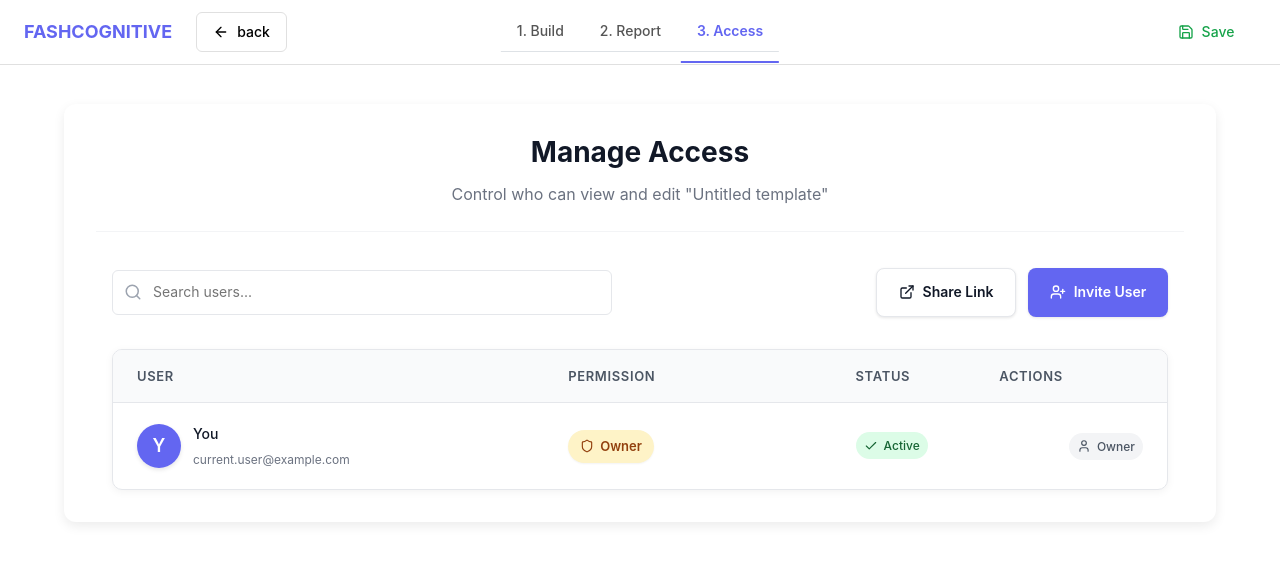
Repository: loganand612/fashcognitive-intern
Page: /ct (app in fash/), after clicking the first element matching `div.nav-tabs > :nth-child(3)`
An editor plug-in stored every save of this project. The page is shown before and after the next save, followed by the edit.
The browser window is 1280 px wide. The pictures show the whole page.
The project was rebuilt for these pictures with package versions that can differ from the ones it lists, and the page was loaded fresh each time. Also part of the build but not shown: fash/src/pages/Login.css, fash/src/pages/Register.css, fash/src/pages/Template.css, fash/src/pages/Home.tsx, fash/src/pages/Login.tsx, fash/src/pages/Register.tsx, fash/src/pages/Home2.tsx, fash/src/pages/Dashboard.tsx and 1 more. Imported but missing from the stored project, and not drawn on this page: fash/src/pages/assets/head1.mp4.

Above is the page before, as saved 2025-04-14 09:12:56.

### fash/src/index.tsx
import React from 'react';
import ReactDOM from 'react-dom/client';

// Import third-party styles first
import 'bootstrap/dist/css/bootstrap.min.css';
import '@fortawesome/fontawesome-free/css/all.min.css';

// Import page-specific styles last
import './pages/Home.css';
import './pages/Home2.css';
import './pages/Login.css';
import './pages/Register.css';
import './pages/Dashboard.css';
import './pages/Template.css';
import './pages/Create_template.css';

import App from './App';
import reportWebVitals from './reportWebVitals';

const root = ReactDOM.createRoot(
  document.getElementById('root') as HTMLElement
);
root.render(
  <React.StrictMode>
    <App />
  </React.StrictMode>
);

// If you want to start measuring performance in your app, pass a function
// to log results (for example: reportWebVitals(console.log))
// or send to an analytics endpoint. Learn more: https://bit.ly/CRA-vitals
reportWebVitals();

### fash/src/pages/Home.css
/* Reset & Base Styles */
* {
  margin: 0;
  padding: 0;
  box-sizing: border-box;
  font-family: -apple-system, BlinkMacSystemFont, 'Segoe UI', Roboto, sans-serif;
}

body {
  font-family: -apple-system, BlinkMacSystemFont, 'Segoe UI', Roboto, sans-serif;
  background-color: #f8f9fe;
  color: #1f2937;
  line-height: 1.5;
}

/* Layout */
.page-wrapper {
  min-height: 100vh;
  display: flex;
  flex-direction: column;
}

.content-wrapper {
  display: flex;
  flex: 1;
  position: relative;
}

/* Navigation */
.navbar {
  background: white;
  height: 64px;
  padding: 0 2rem;
  box-shadow: 0 1px 3px rgba(0,0,0,0.1);
  display: flex;
  align-items: center;
  justify-content: space-between;
  position: fixed;
  top: 0;
  left: 0;
  right: 0;
  z-index: 1000;
}

.logo {
  font-weight: bold;
  font-size: 1.5rem;
  color: #302d2d;
  text-decoration: none;
  transition: all 0.3s ease;
}

.logo:hover {
  color: #2563eb;
}

.nav-links {
  display: flex;
  gap: 1rem;
  align-items: center;
}

/* Buttons */
.btn {
  padding: 0.5rem 1rem;
  border-radius: 0.375rem;
  border: none;
  cursor: pointer;
  font-size: 0.875rem;
  font-weight: 500;
  text-decoration: none;
  transition: all 0.3s ease;
}

.btn-primary {
  background: #3b82f6;
  color: white;
}

.btn-primary:hover {
  background: #c0ceec;
}

.btn-secondary {
  background: #ffffff;
  border: 1px solid #e5e7eb;
  color: #4b5563;
}

.btn-secondary:hover {
  background: #d2d5da;
}

/* Language Selector */
.language-select {
  position: relative;
}

.language-btn {
  display: flex;
  align-items: center;
  gap: 0.5rem;
  padding: 0.5rem 1rem;
  border: 1px solid #e5e7eb;
  border-radius: 1.5rem;
  background: white;
  cursor: pointer;
  transition: all 0.3s ease;
}

.language-btn:hover {
  border-color: #3b82f6;
}

.language-dropdown {
  position: absolute;
  top: calc(100% + 0.5rem);
  right: 0;
  background: white;
  border-radius: 0.5rem;
  box-shadow: 0 4px 6px rgba(0,0,0,0.1);
  padding: 0.5rem 0;
  display: none;
  min-width: 150px;
  z-index: 1000;
}

.language-select:hover .language-dropdown {
  display: block;
}

.language-option {
  padding: 0.5rem 1rem;
  cursor: pointer;
  transition: all 0.3s ease;
}

.language-option:hover {
  background: #f8f9fe;
  color: #3b82f6;
}

/* Notification Badge */
.notification-badge {
  position: relative;
}

.notification-badge::after {
  content: '';
  position: absolute;
  top: -2px;
  right: -2px;
  width: 8px;
  height: 8px;
  background-color: #ef4444;
  border-radius: 50%;
  border: 2px solid white;
}

/* Sidebar */
.sidebar {
  width: 250px;
  background: white;
  height: calc(100vh - 64px);
  position: fixed;
  top: 64px;
  left: 0;
  padding: 1.5rem 1rem;
  border-right: 1px solid #e5e7eb;
  overflow-y: auto;
  z-index: 100;
}

.sidebar-link {
  display: flex;
  align-items: center;
  padding: 0.75rem 1rem;
  color: #4b5563;
  text-decoration: none;
  border-radius: 0.5rem;
  margin-bottom: 0.5rem;
  transition: all 0.3s ease;
}

.sidebar-link:hover {
  background: #f8f9fe;
  color: #3b82f6;
}

.sidebar-link.active {
  background: #3b82f6;
  color: white;
}

/* Main Content */
.main-content {
  margin-left: 250px;
  margin-top: 64px;
  padding: 5rem;
  width: calc(100% - 250px);
  min-height: calc(100vh - 64px);
}

.landing-content {
  display: flex;
  justify-content: space-between;
  align-items: center;
  gap: 4rem;
  max-width: 1200px;
  margin: 0 auto;
}

.content-left {
  flex: 1;
}

.content-left h1 {
  font-size: 2.5rem;
  color: #1f2937;
  margin-bottom: 2rem;
  line-height: 1.2;
}

.feature-list {
  list-style: none;
}

.feature-list li {
  display: flex;
  align-items: center;
  gap: 1rem;
  margin-bottom: 1rem;
  color: #4b5563;
}

.feature-list li::before {
  content: "";
  width: 20px;
  height: 20px;
  background: #3b82f6;
  border-radius: 50%;
  opacity: 0.2;
}

.qr-container {
  background: white;
  padding: 1rem;
  border-radius: 20px;
  box-shadow: 0 10px 15px rgba(0,0,0,0.1);
  transition: all 0.3s ease;
}

.qr-container:hover {
  transform: translateY(-5px);
  box-shadow: 0 4px 6px rgba(0,0,0,0.1);
}

.qr-code {
  width: 100%;
  max-width: 300px;
}

/* Footer */
.footer {
  background: white;
  padding: 5rem 7rem;
  margin-top: auto;
  margin-left: 250px;
}

.footer-content {
  max-width: 1500px;
  margin: 0 auto;
  display: grid;
  grid-template-columns: repeat(4, 1fr);
  gap: 2rem;
}

.footer-section h3 {
  color: #3b82f6;
  margin-bottom: 1rem;
  font-size: 1.1rem;
}

.footer-section ul {
  list-style: none;
}

.footer-section ul li {
  margin-bottom: 0.5rem;
}

.footer-section ul li a {
  color: #4b5563;
  text-decoration: none;
  transition: all 0.3s ease;
}

.footer-section ul li a:hover {
  color: #3b82f6;
}

.footer-bottom {
  max-width: 1200px;
  margin: 2rem auto 0;
  padding-top: 6rem;
  border-top: 1px solid #e5e7eb;
  text-align: center;
}

.store-buttons {
  display: flex;
  justify-content: center;
  gap: 1rem;
  margin-top: 1rem;
}

.store-buttons img {
  height: 40px;
  transition: all 0.3s ease;
}

.store-buttons img:hover {
  transform: translateY(-2px);
}

/* Mobile Menu Button */
.mobile-menu-btn {
  display: none;
  padding: 0.5rem;
  cursor: pointer;
  background: none;
  border: none;
}

/* Responsive Design */
@media (max-width: 1024px) {
  .sidebar {
      width: 200px;
  }

  .main-content {
      margin-left: 200px;
      width: calc(100% - 200px);
  }

  .footer {
      margin-left: 200px;
  }
}

@media (max-width: 768px) {
  .navbar {
      padding: 0 1rem;
  }

  .mobile-menu-btn {
      display: block;
  }

  .nav-links {
      display: none;
  }

  .nav-links.active {
      display: flex;
      flex-direction: column;
      position: absolute;
      top: 64px;
      left: 0;
      right: 0;
      background: white;
      padding: 1rem;
      box-shadow: 0 4px 6px rgba(0,0,0,0.1);
  }

  .sidebar {
      transform: translateX(-100%);
      transition: transform 0.3s ease;
  }

  .sidebar.active {
      transform: translateX(0);
  }

  .main-content,
  .footer {
      margin-left: 0;
      width: 100%;
  }

  .landing-content {
      flex-direction: column;
      text-align: center;
      padding: 1rem;
  }

  .content-left h1 {
      font-size: 2rem;
  }

  .footer-content {
      grid-template-columns: repeat(2, 1fr);
  }
}

@media (max-width: 480px) {
  .footer-content {
      grid-template-columns: 1fr;
  }
}

### fash/src/pages/Dashboard.css
.dashboard-container {
  display: flex;
  flex-direction: column;
  min-height: 100vh;
}

/* Navbar */
.navbar {
  position: fixed;
  top: 0;
  left: 0;
  right: 0;
  height: 64px;
  background: white;
  border-bottom: 1px solid #e5e7eb;
  display: flex;
  align-items: center;
  justify-content: space-between;
  padding: 0 24px;
  z-index: 50;
}

.navbar-brand {
  font-size: 20px;
  font-weight: 600;
}

.navbar-actions {
  display: flex;
  gap: 8px;
}

.nav-button {
  padding: 8px;
  background: none;
  border: none;
  border-radius: 8px;
  color: #6b7280;
  cursor: pointer;
  transition: all 0.2s;
}

.nav-button:hover {
  background-color: #f3f4f6;
  color: #111827;
}

.nav-icon {
  width: 20px;
  height: 20px;
}

/* Sidebar */
.sidebar {
  position: fixed;
  top: 64px;
  left: 0;
  width: 250px;
  height: calc(100vh - 64px);
  background: white;
  border-right: 1px solid #e5e7eb;
  padding: 16px 12px;
  overflow-y: auto;
}

.sidebar-nav {
  display: flex;
  flex-direction: column;
  gap: 2px;
}

.nav-link {
  display: flex;
  align-items: center;
  padding: 8px 12px;
  color: #6b7280;
  text-decoration: none;
  border-radius: 6px;
  transition: all 0.2s;
}

.nav-link:hover {
  background-color: #f3f4f6;
  color: #111827;
}

.nav-link .nav-icon {
  margin-right: 12px;
}

/* Main Content */
.main-content {
  margin-left: 250px;
  margin-top: 64px;
  padding: 32px;
  background-color: #f9fafb;
  min-height: calc(100vh - 64px);
}

/* Header Section */
.header-section {
  display: flex;
  justify-content: space-between;
  align-items: center;
  margin-bottom: 24px;
}

.page-title {
  font-size: 24px;
  font-weight: 600;
  color: #111827;
}

.user-tags {
  display: flex;
  align-items: center;
  gap: 8px;
}

.user-tag {
  display: flex;
  align-items: center;
  justify-content: center;
  min-width: 32px;
  height: 32px;
  padding: 0 12px;
  background-color: #f3f4f6;
  border-radius: 16px;
  font-size: 14px;
  font-weight: 500;
  color: #374151;
}

.user-count {
  display: flex;
  align-items: center;
  justify-content: center;
  height: 32px;
  padding: 0 12px;
  background-color: #f3f4f6;
  border-radius: 16px;
  font-size: 14px;
  font-weight: 500;
  color: #374151;
}

.add-user-button {
  height: 32px;
  padding: 0 16px;
  background-color: #111827;
  color: white;
  border: none;
  border-radius: 16px;
  font-size: 14px;
  font-weight: 500;
  cursor: pointer;
  transition: background-color 0.2s;
}

.add-user-button:hover {
  background-color: #1f2937;
}

/* Summary Cards */
.summary-cards {
  display: grid;
  grid-template-columns: repeat(3, 1fr);
  gap: 24px;
  margin-bottom: 32px;
}

.summary-card {
  background: white;
  border: 1px solid #e5e7eb;
  border-radius: 12px;
  padding: 24px;
  display: flex;
  align-items: center;
  justify-content: space-between;
}

.card-content {
  display: flex;
  align-items: center;
  gap: 16px;
}

.card-icon {
  width: 48px;
  height: 48px;
  background: #f3f4f6;
  border-radius: 8px;
  display: flex;
  align-items: center;
  justify-content: center;
}

.card-icon .icon {
  width: 24px;
  height: 24px;
  color: #374151;
}

.card-info {
  display: flex;
  flex-direction: column;
}

.card-count {
  font-size: 24px;
  font-weight: 600;
  color: #111827;
  line-height: 1.2;
}

.card-label {
  font-size: 14px;
  color: #6b7280;
}

.card-sublabel {
  font-size: 12px;
  color: #9ca3af;
  margin-top: 2px;
}

.card-arrow {
  width: 20px;
  height: 20px;
  color: #9ca3af;
}

/* Recent Activity */
.recent-activity {
  background: white;
  border: 1px solid #e5e7eb;
  border-radius: 12px;
  overflow: hidden;
}

.section-title {
  font-size: 18px;
  font-weight: 600;
  color: #111827;
  padding: 20px 24px;
  border-bottom: 1px solid #e5e7eb;
}

.activity-list {
  display: flex;
  flex-direction: column;
}

.activity-item {
  display: flex;
  align-items: center;
  justify-content: space-between;
  padding: 16px 24px;
  border-bottom: 1px solid #e5e7eb;
}

.activity-item:last-child {
  border-bottom: none;
}

.activity-info {
  display: flex;
  flex-direction: column;
  gap: 4px;
}

.activity-title {
  font-size: 14px;
  font-weight: 500;
  color: #111827;
}

.activity-meta {
  display: flex;
  gap: 16px;
}

.meta-type,
.meta-date {
  font-size: 14px;
  color: #6b7280;
}

.status-badge {
  padding: 4px 12px;
  border-radius: 16px;
  font-size: 14px;
  font-weight: 500;
}

.status-badge.completed {
  background-color: #f3f4f6;
  color: #111827;
}

.status-badge.in-progress {
  background-color: #f3f4f6;
  color: #6b7280;
}

/* Responsive */
@media (max-width: 1024px) {
  .summary-cards {
    grid-template-columns: repeat(2, 1fr);
  }
}

@media (max-width: 768px) {
  .summary-cards {
    grid-template-columns: 1fr;
  }

  .sidebar {
    width: 64px;
  }

  .nav-link span {
    display: none;
  }

  .main-content {
    margin-left: 64px;
  }
}

### fash/src/App.tsx
import { BrowserRouter as Router, Route, Routes } from 'react-router-dom';
import Home from './pages/Home';
import Login from './pages/Login';
import Register from './pages/Register';
import Home2 from './pages/Home2';
import Create_template from './pages/Create_template';
import Dashboard from './pages/Dashboard';
import Template from './pages/Template_page';

function App() {
    return (
        <div className="app-container">
            <Router>
                <div className="page-container">
                    <div className="content-container">
                        <Routes>
                            <Route path="/" element={<Home2 />} />
                            <Route path="/login" element={<Login />} />
                            <Route path="/register" element={<Register />} />
                            <Route path="/homee" element={<Home />} />
                            <Route path="/ct" element={<Create_template />} />
                            <Route path="/dashboard" element={<Dashboard />} />
                            <Route path="template" element={<Template />} />
                        </Routes>
                    </div>
                </div>
            </Router>
        </div>
    );
}

export default App;

### fash/src/reportWebVitals.ts
import { onCLS, onFID, onFCP, onLCP, onTTFB } from 'web-vitals';

const reportWebVitals = (onPerfEntry?: (metric: any) => void) => {
  if (onPerfEntry && onPerfEntry instanceof Function) {
    onCLS(onPerfEntry);
    onFID(onPerfEntry);
    onFCP(onPerfEntry);
    onLCP(onPerfEntry);
    onTTFB(onPerfEntry);
  }
};

export default reportWebVitals;

### fash/src/components/AccessManager.css
.access-manager {
  width: 90%;
  max-width: 1400px;
  margin: 0 auto;
  padding: 32px;
  background-color: #fff;
  border-radius: 12px;
  box-shadow: 0 4px 12px rgba(0, 0, 0, 0.08);
}

.access-header {
  margin-bottom: 36px;
  text-align: center;
  padding-bottom: 24px;
  border-bottom: 1px solid #f3f4f6;
}

.access-header h2 {
  font-size: 28px;
  font-weight: 700;
  color: #111827;
  margin-bottom: 12px;
}

.access-header p {
  font-size: 16px;
  color: #6b7280;
  max-width: 600px;
  margin: 0 auto;
}

.access-actions {
  display: flex;
  justify-content: space-between;
  align-items: center;
  margin-bottom: 32px;
  padding: 0 16px;
}

.search-container {
  position: relative;
  flex: 1;
  max-width: 500px;
}

.search-icon {
  position: absolute;
  left: 12px;
  top: 50%;
  transform: translateY(-50%);
  color: #9ca3af;
}

.search-input {
  width: 100%;
  padding: 10px 12px 10px 40px;
  border: 1px solid #e5e7eb;
  border-radius: 6px;
  font-size: 14px;
  outline: none;
  transition: border-color 0.2s;
}

.search-input:focus {
  border-color: #6366f1;
  box-shadow: 0 0 0 2px rgba(99, 102, 241, 0.1);
}

.action-buttons {
  display: flex;
  gap: 12px;
}

.invite-button, .share-link-button {
  display: flex;
  align-items: center;
  gap: 8px;
  padding: 12px 20px;
  border-radius: 8px;
  font-size: 14px;
  font-weight: 600;
  cursor: pointer;
  transition: all 0.2s;
  box-shadow: 0 1px 3px rgba(0, 0, 0, 0.1);
}

.invite-button {
  background-color: #6366f1;
  color: white;
  border: none;
  min-width: 140px;
  justify-content: center;
}

.invite-button:hover {
  background-color: #4f46e5;
  transform: translateY(-1px);
  box-shadow: 0 4px 6px rgba(0, 0, 0, 0.1);
}

.share-link-button {
  background-color: white;
  color: #111827;
  border: 1px solid #e5e7eb;
  min-width: 140px;
  justify-content: center;
}

.share-link-button:hover {
  background-color: #f9fafb;
  border-color: #d1d5db;
  transform: translateY(-1px);
  box-shadow: 0 4px 6px rgba(0, 0, 0, 0.05);
}

.share-link-container {
  margin: 0 16px 32px 16px;
  padding: 24px;
  background-color: #f9fafb;
  border: 1px solid #e5e7eb;
  border-radius: 10px;
  box-shadow: 0 2px 8px rgba(0, 0, 0, 0.05);
}

.share-link-header {
  display: flex;
  justify-content: space-between;
  align-items: center;
  margin-bottom: 12px;
}

.share-link-header h3 {
  font-size: 16px;
  font-weight: 600;
  color: #111827;
  margin: 0;
}

.close-button {
  background: none;
  border: none;
  color: #6b7280;
  cursor: pointer;
  padding: 4px;
  border-radius: 4px;
  display: flex;
  align-items: center;
  justify-content: center;
}

.close-button:hover {
  background-color: #f3f4f6;
  color: #111827;
}

.share-link-container p {
  font-size: 14px;
  color: #6b7280;
  margin-bottom: 12px;
}

.share-link-input {
  display: flex;
  gap: 8px;
}

.share-link-input input {
  flex: 1;
  padding: 10px 12px;
  border: 1px solid #e5e7eb;
  border-radius: 6px;
  font-size: 14px;
  background-color: white;
  color: #111827;
}

.share-link-input button {
  display: flex;
  align-items: center;
  gap: 8px;
  padding: 10px 16px;
  background-color: white;
  color: #111827;
  border: 1px solid #e5e7eb;
  border-radius: 6px;
  font-size: 14px;
  font-weight: 500;
  cursor: pointer;
  transition: all 0.2s;
}

.share-link-input button:hover {
  background-color: #f9fafb;
  border-color: #d1d5db;
}

.invite-form {
  margin: 0 16px 32px 16px;
  padding: 32px;
  background-color: white;
  border: 1px solid #e5e7eb;
  border-radius: 10px;
  box-shadow: 0 4px 12px rgba(0, 0, 0, 0.08);
}

.invite-form-header {
  display: flex;
  justify-content: space-between;
  align-items: center;
  margin-bottom: 16px;
}

.invite-form-header h3 {
  font-size: 18px;
  font-weight: 600;
  color: #111827;
  margin: 0;
}

.form-group {
  margin-bottom: 16px;
}

.form-group label {
  display: flex;
  align-items: center;
  gap: 4px;
  font-size: 14px;
  font-weight: 500;
  color: #374151;
  margin-bottom: 8px;
}

.info-button {
  background: none;
  border: none;
  color: #6b7280;
  cursor: pointer;
  padding: 2px;
  border-radius: 50%;
  display: flex;
  align-items: center;
  justify-content: center;
}

.info-button:hover {
  color: #111827;
  background-color: #f3f4f6;
}

.email-input {
  position: relative;
}

.email-icon {
  position: absolute;
  left: 12px;
  top: 50%;
  transform: translateY(-50%);
  color: #9ca3af;
}

.email-input input {
  width: 100%;
  padding: 10px 12px 10px 40px;
  border: 1px solid #e5e7eb;
  border-radius: 6px;
  font-size: 14px;
  outline: none;
  transition: border-color 0.2s;
}

.email-input input:focus {
  border-color: #6366f1;
  box-shadow: 0 0 0 2px rgba(99, 102, 241, 0.1);
}

.form-group select {
  width: 100%;
  padding: 10px 12px;
  border: 1px solid #e5e7eb;
  border-radius: 6px;
  font-size: 14px;
  background-color: white;
  color: #111827;
  outline: none;
  transition: border-color 0.2s;
  appearance: none;
  background-image: url("data:[embedded picture, 228 characters]");
  background-repeat: no-repeat;
  background-position: right 12px center;
  background-size: 16px;
}

.form-group select:focus {
  border-color: #6366f1;
  box-shadow: 0 0 0 2px rgba(99, 102, 241, 0.1);
}

.permission-details {
  margin-bottom: 16px;
  padding: 16px;
  background-color: #f9fafb;
  border: 1px solid #e5e7eb;
  border-radius: 6px;
}

.permission-item {
  margin-bottom: 12px;
}

.permission-item:last-child {
  margin-bottom: 0;
}

.permission-item h4 {
  font-size: 14px;
  font-weight: 600;
  color: #111827;
  margin: 0 0 4px 0;
}

.permission-item p {
  font-size: 12px;
  color: #6b7280;
  margin: 0;
}

.invite-actions {
  display: flex;
  justify-content: flex-end;
  gap: 12px;
  margin-top: 24px;
}

.cancel-button, .send-invite-button {
  padding: 10px 16px;
  border-radius: 6px;
  font-size: 14px;
  font-weight: 500;
  cursor: pointer;
  transition: all 0.2s;
}

.cancel-button {
  background-color: white;
  color: #111827;
  border: 1px solid #e5e7eb;
}

.cancel-button:hover {
  background-color: #f9fafb;
  border-color: #d1d5db;
}

.send-invite-button {
  background-color: #6366f1;
  color: white;
  border: none;
}

.send-invite-button:hover {
  background-color: #4f46e5;
}

.send-invite-button:disabled {
  background-color: #c7d2fe;
  cursor: not-allowed;
}

.users-list-container {
  border: 1px solid #e5e7eb;
  border-radius: 10px;
  overflow: hidden;
  box-shadow: 0 2px 8px rgba(0, 0, 0, 0.05);
  margin: 0 16px;
}

.users-list-header {
  display: grid;
  grid-template-columns: 3fr 2fr 1fr 1fr;
  padding: 16px 24px;
  background-color: #f9fafb;
  border-bottom: 1px solid #e5e7eb;
}

.users-list-header > div {
  font-size: 13px;
  font-weight: 600;
  color: #4b5563;
  text-transform: uppercase;
  letter-spacing: 0.05em;
}

.users-list {
  max-height: 500px;
  overflow-y: auto;
}

.user-item {
  display: grid;
  grid-template-columns: 3fr 2fr 1fr 1fr;
  padding: 20px 24px;
  border-bottom: 1px solid #e5e7eb;
  align-items: center;
  transition: background-color 0.2s;
}

.user-item:hover {
  background-color: #f9fafb;
}

.user-item:last-child {
  border-bottom: none;
}

.user-info {
  display: flex;
  align-items: center;
  gap: 12px;
}

.user-avatar {
  width: 44px;
  height: 44px;
  border-radius: 50%;
  overflow: hidden;
  flex-shrink: 0;
  box-shadow: 0 2px 4px rgba(0, 0, 0, 0.1);
}

.user-avatar img {
  width: 100%;
  height: 100%;
  object-fit: cover;
}

.avatar-placeholder {
  width: 100%;
  height: 100%;
  background-color: #6366f1;
  color: white;
  display: flex;
  align-items: center;
  justify-content: center;
  font-size: 18px;
  font-weight: 600;
}

.user-details {
  overflow: hidden;
}

.user-name {
  font-size: 14px;
  font-weight: 500;
  color: #111827;
  margin-bottom: 4px;
  white-space: nowrap;
  overflow: hidden;
  text-overflow: ellipsis;
}

.user-email {
  font-size: 12px;
  color: #6b7280;
  white-space: nowrap;
  overflow: hidden;
  text-overflow: ellipsis;
}

.permission-badge {
  display: inline-flex;
  align-items: center;
  gap: 6px;
  padding: 6px 12px;
  border-radius: 20px;
  font-size: 13px;
  font-weight: 600;
  box-shadow: 0 1px 2px rgba(0, 0, 0, 0.05);
}

.permission-badge.owner {
  background-color: #fef3c7;
  color: #92400e;
}

.permission-badge.admin {
  background-color: #dbeafe;
  color: #1e40af;
}

.permission-badge.editor {
  background-color: #dcfce7;
  color: #166534;
}

.permission-badge.viewer {
  background-color: #f3f4f6;
  color: #4b5563;
}

.permission-select {
  width: 100%;
  padding: 6px 8px;
  border: 1px solid #e5e7eb;
  border-radius: 4px;
  font-size: 12px;
  background-color: white;
  color: #111827;
  outline: none;
}

.status-badge {
  display: inline-flex;
  align-items: center;
  gap: 6px;
  padding: 4px 8px;
  border-radius: 16px;
  font-size: 12px;
  font-weight: 500;
}

.status-badge.active {
  background-color: #dcfce7;
  color: #166534;
}

.status-badge.pending {
  background-color: #fef3c7;
  color: #92400e;
}

.status-badge.expired {
  background-color: #fee2e2;
  color: #b91c1c;
}

.user-actions {
  display: flex;
  align-items: center;
  gap: 8px;
  justify-content: flex-end;
}

.edit-button, .delete-button, .save-button {
  background: none;
  border: none;
  width: 32px;
  height: 32px;
  border-radius: 4px;
  display: flex;
  align-items: center;
  justify-content: center;
  color: #6b7280;
  cursor: pointer;
  transition: all 0.2s;
}

.edit-button:hover {
  background-color: #f3f4f6;
  color: #111827;
}

.save-button {
  color: #16a34a;
}

.save-button:hover {
  background-color: #dcfce7;
}

.delete-button:hover {
  background-color: #fee2e2;
  color: #b91c1c;
}

.owner-badge {
  display: inline-flex;
  align-items: center;
  gap: 6px;
  padding: 4px 8px;
  border-radius: 16px;
  font-size: 12px;
  font-weight: 500;
  background-color: #f3f4f6;
  color: #4b5563;
}

.no-users {
  display: flex;
  flex-direction: column;
  align-items: center;
  justify-content: center;
  padding: 48px 0;
  color: #6b7280;
  gap: 16px;
}

.no-users p {
  font-size: 14px;
  margin: 0;
}

/* Responsive styles */
@media (max-width: 768px) {
  .access-actions {
    flex-direction: column;
    align-items: stretch;
    gap: 16px;
  }

  .search-container {
    max-width: none;
  }

  .users-list-header, .user-item {
    grid-template-columns: 2fr 1fr 1fr;
  }

  .permission-column {
    display: none;
  }

  .user-permission {
    display: none;
  }
}

@media (max-width: 640px) {
  .users-list-header, .user-item {
    grid-template-columns: 2fr 1fr;
  }

  .status-column {
    display: none;
  }

  .user-status {
    display: none;
  }

  .user-info {
    flex-direction: column;
    align-items: flex-start;
    gap: 4px;
  }

  .user-avatar {
    width: 32px;
    height: 32px;
  }
}

Loaded but not shown: fash/public/index.html (common file); fash/src/pages/Create_template.tsx (2764 lines, source omitted); fash/src/pages/Create_template.css (2726 lines, source omitted); fash/src/pages/Home2.css (1263 lines, source omitted); fash/src/components/AccessManager.tsx (423 lines, source omitted)

After the next save:
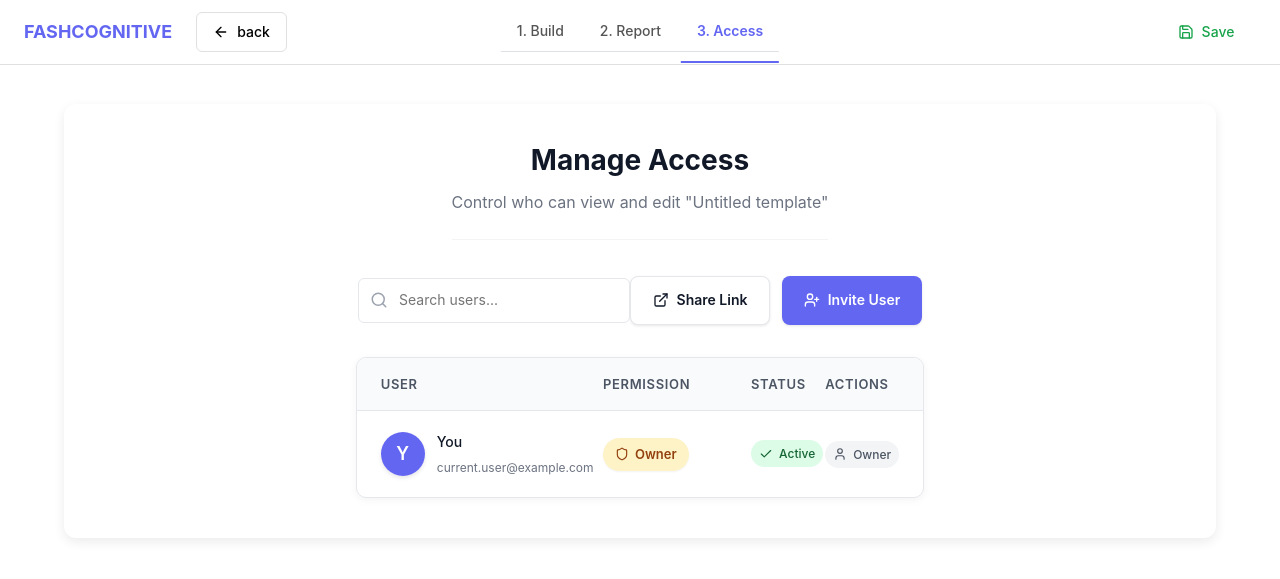
Saved 15 s later.
--- a/fash/src/components/AccessManager.css
+++ b/fash/src/components/AccessManager.css
@@ -1,11 +1,14 @@
 .access-manager {
   width: 90%;
-  max-width: 1400px;
+  max-width: 1200px;
   margin: 0 auto;
-  padding: 32px;
+  padding: 40px;
   background-color: #fff;
   border-radius: 12px;
   box-shadow: 0 4px 12px rgba(0, 0, 0, 0.08);
+  display: flex;
+  flex-direction: column;
+  align-items: center;
 }
 
 .access-header {
